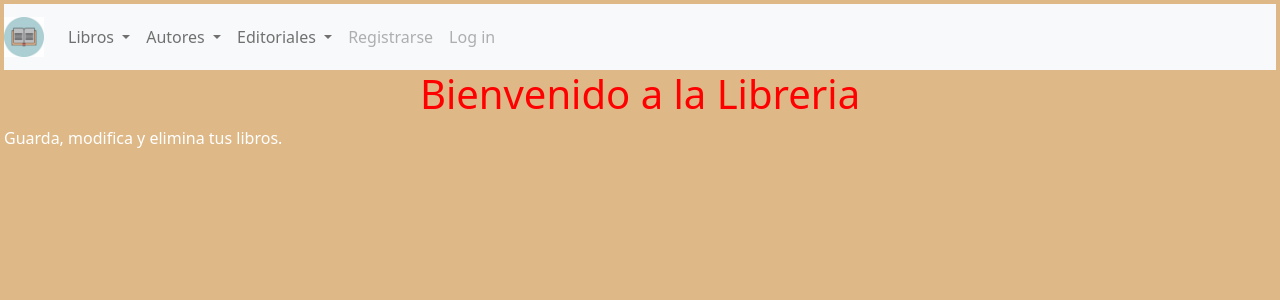
Repository: frnalonso/libreria
Page: src/main/resources/templates/index.html
An editor plug-in stored every save of this project. The page is shown before and after the next save, followed by the edit.
The browser window is 1280 px wide. The pictures show the whole page.

Above is the page before, as saved 2021-11-13 13:50:41.

After the next save:
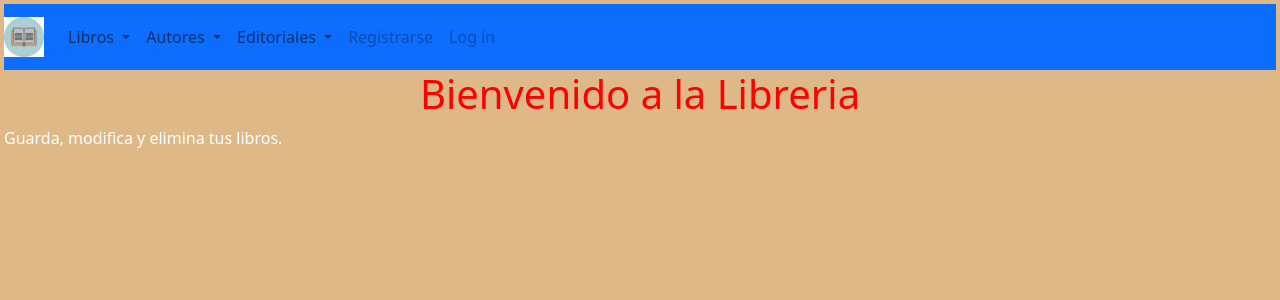
Saved 5 min 9 s later.
--- a/src/main/resources/templates/index.html
+++ b/src/main/resources/templates/index.html
@@ -13,7 +13,7 @@
 
   </head>
   <body class="p-1 text-white">
-    <nav class="navbar navbar-expand-lg navbar-light bg-light">
+    <nav class="navbar navbar-expand-lg navbar-light bg-primary">
         <a class="navbar-brand" href="/" ><img src="/images/icono_libreria2.jpg" width="40px" alt=""></a>
         <button class="navbar-toggler" type="button" data-toggle="collapse" data-target="#navbarNavAltMarkup" aria-controls="navbarNavAltMarkup" aria-expanded="false" aria-label="Toggle navigation">
           <span class="navbar-toggler-icon"></span>
@@ -54,6 +54,8 @@
       </nav>
     <h1>Bienvenido a la Libreria</h1>
     <p>Guarda, modifica y elimina tus libros.</p>
+
+
     <!-- Optional JavaScript; choose one of the two! -->
 
     <!-- Option 1: Bootstrap Bundle with Popper -->

After the save that followed:
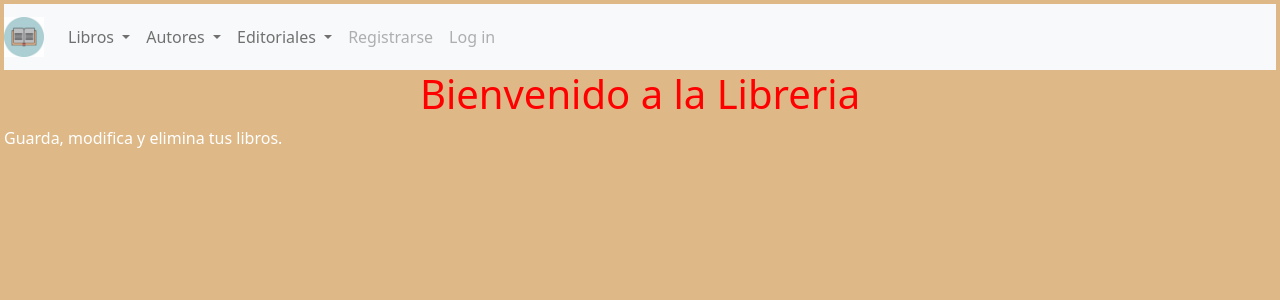
Saved 17 s later.
--- a/src/main/resources/templates/index.html
+++ b/src/main/resources/templates/index.html
@@ -13,7 +13,7 @@
 
   </head>
   <body class="p-1 text-white">
-    <nav class="navbar navbar-expand-lg navbar-light bg-primary">
+    <nav class="navbar navbar-expand-lg navbar-light bg-light">
         <a class="navbar-brand" href="/" ><img src="/images/icono_libreria2.jpg" width="40px" alt=""></a>
         <button class="navbar-toggler" type="button" data-toggle="collapse" data-target="#navbarNavAltMarkup" aria-controls="navbarNavAltMarkup" aria-expanded="false" aria-label="Toggle navigation">
           <span class="navbar-toggler-icon"></span>
